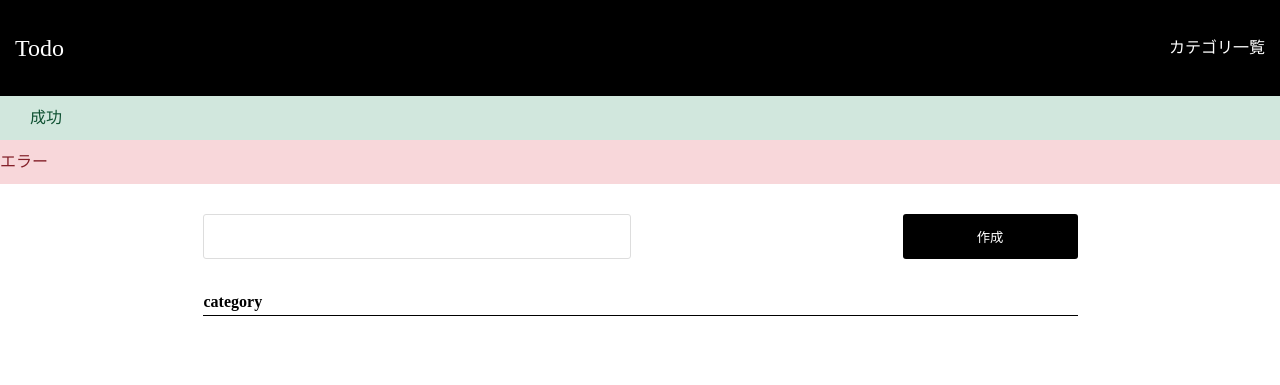
Repository: mayu-ya/todo4
Page: http://localhost/categories
An editor plug-in stored every save of this project. The page is shown before and after the next save, followed by the edit.
The browser window is 1280 px wide. The pictures show the whole page.
The page is served by the project's Laravel application, run on PHP 8.4 with Laravel 8. Queries for data that is not in the repository find no rows.

Above is the page before, as saved 2026-01-13 23:27:05.

After the next save:
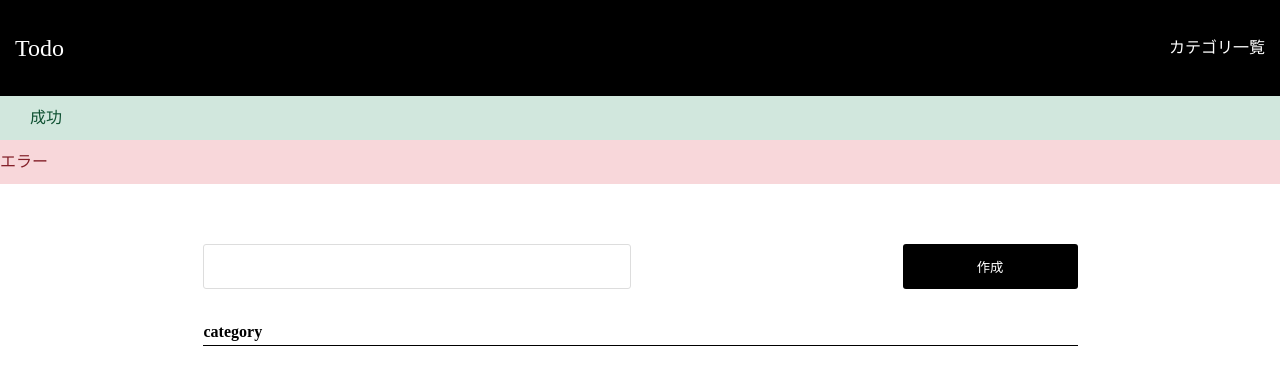
Saved 80 s later.
--- a/src/public/css/category.css
+++ b/src/public/css/category.css
@@ -15,7 +15,7 @@
 .content {
     max-width: 1536px;
     margin: 0 auto;
-    padding: 30px 15px;
+    padding: 60px 15px;
 }
 
 
